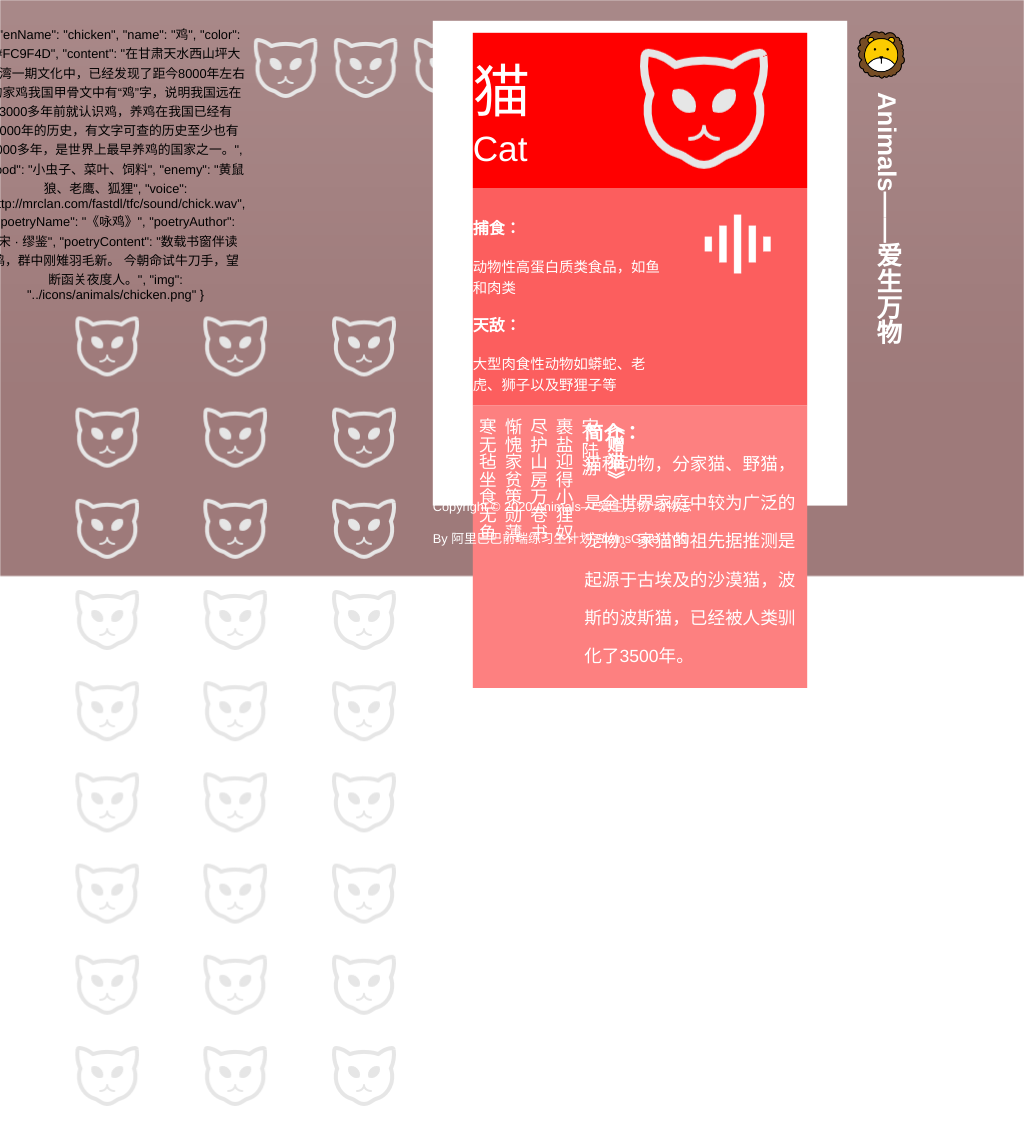
Repository: Whiskeyi/Animals
Page: /
These files come from the project's save history. The page is drawn as it stood at one moment and after the next save; the edit follows.
The browser window is 1280 px wide. The pictures show the whole page, at 80% of full size.
The project was rebuilt for these pictures with package versions that can differ from the ones it lists, and the page was loaded fresh each time.

Above is the page before, as saved 2021-11-16 17:58:53.

### public/index.html
<!DOCTYPE html>
<html lang="en">
  <head>
    <meta charset="utf-8">
    <meta http-equiv="X-UA-Compatible" content="IE=edge">
    <meta name="viewport" content="width=device-width,initial-scale=1.0">
    <link rel="icon" href="<%= BASE_URL %>favicon.ico">
    <title>Animals</title>
  </head>
  <body>
    <noscript>
      <strong>We're sorry but animals doesn't work properly without JavaScript enabled. Please enable it to continue.</strong>
    </noscript>
    <div id="app"></div>
    <!-- built files will be auto injected -->
  </body>
</html>

### src/main.js
import Vue from 'vue'
import App from './App.vue'
import router from './router'
import store from './store'
import './plugins/element.js' // 引入element-ui

Vue.config.productionTip = false

new Vue({
  router,
  store,
  render: h => h(App)
}).$mount('#app')

### src/App.vue
<template>
  <div id="app">
    <!-- 入口 -->
    <router-view/>
  </div>
</template>

<style lang="scss">
#app {
  font-family: 'Avenir', Helvetica, Arial, sans-serif;
  -webkit-font-smoothing: antialiased;
  -moz-osx-font-smoothing: grayscale;
}

html, body {  // 去除白边
    width: 100%;
    height: 100%;
    margin: 0;
    padding: 0;
    position: relative;
}

</style>

### src/router.js
// 路由
import Vue from 'vue'
import Router from 'vue-router'
import Home from './views/Home.vue'

Vue.use(Router)

export default new Router({
  mode: 'history',
  base: process.env.BASE_URL,
  routes: [
    {
      path: '/',
      name: 'home',
      component: Home
    }
  ]
})

### src/plugins/element.js
// 引入element-ui
import Vue from 'vue'

import ElementUI from 'element-ui';
import 'element-ui/lib/theme-chalk/index.css';

Vue.use(ElementUI);

### src/views/Home.vue
<template>
  <div class="home">
    <!-- 背景+光泽效果 -->
    <div class="bg">
      <Gloss></Gloss>
    </div>
    <!-- 页面容器 -->
    <div class="container">
      <!-- 左侧展示模块 -->
      <div id="leftContainer">
        <LeftMain></LeftMain>
      </div>
      <!-- 右侧展示模块 -->
      <div id="rightContainer">
        <!-- 输出信息 -->
          <Info></Info>
          <!-- 右侧标题 -->
          <RightHead></RightHead>
          <!-- 尾部 -->
          <Footer></Footer>
      </div>
    </div>
  </div>
</template>

<script>
// @ is an alias to /src
// 组件引入
import Gloss from '@/components/Gloss'
import Footer from '@/components/Footer'
import Info from '@/components/Info'
import RightHead from '@/components/right-head'
import LeftMain from '@/components/left-main'

export default {
  name: 'home',
  components: {
    Gloss,Footer,Info,RightHead,LeftMain
  }
}
</script>

<style lang="scss" scoped>
.home {
  // 滚动条样式修改（待定）
}
.bg {
  height: 100%;
  width: 100%;
  background-color:rgb(158, 122, 122);
  position: fixed;
  transition: background-color 2s ease-in; // 背景颜色2S过渡
  filter: blur(0.5px); // 背景高斯模糊
  // z-index: -9; //暂时注释,影响调试
}
#leftContainer {
  position: absolute;
  left: 10%;
  width: 30%;
  height: 100%;
  margin: 0 auto;
}
#rightContainer {
  position: fixed;
  right: 10%;
  width: 50%;
  height: 100%;
  margin: 0 auto;
}
@media screen and (max-width: 1440px) { // 屏幕小于1440px样式
  #leftContainer {
  position: absolute;
  left: 5%;
  width: 36%;
  height: 100%;
  margin: 0 auto;
}
#rightContainer {
  position: fixed;
  right: 5%;
  width: 54%;
  height: 100%;
  margin: 0 auto;
}
}
</style>

### src/components/Gloss/index.vue
<template>
<!-- 实现光泽效果,丰富背景颜色 -->
<div id="gloss"></div>
</template>

<script>
export default {

}
</script>

<style lang="scss" scoped>
#gloss {
    position: fixed;
    width: 100%;
    height: 478px;
    background: url('../../assets/gloss.png') repeat-x;
    // z-index: -8;  //暂时注释,影响调试
}
</style>

### src/components/Footer/index.vue
<template>
  <div class="footerContainer">
      <p>Copyright © 2020 Animals—“爱生万物”动物志</p>
      <p>By 阿里巴巴前端练习生计划 SteinsGate 小组</p>
  </div>
</template>

<script>
export default {

}
</script>

<style lang="scss" scoped>
.footerContainer {
    position: fixed;
    bottom: 0;
    font-size: 1rem;
    color:#fff;
    margin:0 0 20px 16px;
}
</style>

### src/components/Info/index.vue
<template>
  <div class="infoContainer">
    <div class="infPadding">
      <!-- 简介、图标 -->
    <Introduce></Introduce>
    <!-- 捕食、声音icon -->
    <HabbitVoice></HabbitVoice>
    <!-- 底部介绍 -->
    <IntroduceBottom></IntroduceBottom>
    </div>
  </div>
</template>

<script>
import Introduce from './Introduce'
import HabbitVoice from './habbit-voice'
import IntroduceBottom from './introduce-bottom'
export default {
  name: 'Info',
  components: {
    Introduce, HabbitVoice, IntroduceBottom
  }
}
</script>

<style lang="scss" scoped>
.infoContainer {
    float: left;
    z-index: 10000;
    width: 82%;
    height: 80%;
    margin: 26px 0 0 16px;
    padding: 15px 0px;
    background-color: #fff;
    color:#fff;
}
.infPadding {
  padding: 0 50px;
}
.infoContainer logo {
    position: absolute;
}
@media screen and (max-width: 1440px) { // 屏幕小于1440px样式
  .infoContainer {
    float: left;
    z-index: 10000;
    width: 75%;
    height: 80%;
    margin: 26px 0 0 16px;
    background-color: #fff;
}
}
</style>

### src/components/right-head/index.vue
<template>
  <div class="rightHeadContainer">
      <el-image class="logo" alt="logo" :src="require('@/icons/index.png')"></el-image>
      <h1 class="vertical">Animals——爱生万物</h1>
  </div>
</template>

<script>
export default {

}
</script>

<style lang="scss" scoped>
.rightHeadContainer {
    float: left;
    height: 400px;
    width: 100px;
    margin: 26px 0 0 16px;
}
.vertical {
    writing-mode: vertical-lr;
    padding-left: 5px;
    color: #fff;
}
@media screen and (max-width: 1440px) { // 屏幕小于1440px样式
    .rightHeadContainer {
        float: left;
        height: 400px;
        width:85px;
        margin: 26px 0 0 0;
    }
    .vertical {
        writing-mode: vertical-lr;
        padding-right: 0;
        color: #fff;
    }
}
</style>

### src/components/left-main/index.vue
<template>
  <div class="leftContainer">
    <el-row :gutter="20" type="flex" justify="center" v-model="data">
      {{data.AnimalsDetail[0]}}
      <el-col :span="8">
        <el-image class="logo" alt="logo" :src="require('@/icons//animals/cat.png')"></el-image>
      </el-col>
      <el-col :span="8">
        <el-image class="logo" alt="logo" :src="require('@/icons//animals/cat.png')"></el-image>
      </el-col>
      <el-col :span="8">
        <el-image class="logo" alt="logo" :src="require('@/icons//animals/cat.png')"></el-image>
      </el-col>
    </el-row>
    <el-row :gutter="20" type="flex" justify="center">
      <el-col :span="8">
        <el-image class="logo" alt="logo" :src="require('@/icons//animals/cat.png')"></el-image>
      </el-col>
      <el-col :span="8">
        <el-image class="logo" alt="logo" :src="require('@/icons//animals/cat.png')"></el-image>
      </el-col>
      <el-col :span="8">
        <el-image class="logo" alt="logo" :src="require('@/icons//animals/cat.png')"></el-image>
      </el-col>
    </el-row>
    <el-row :gutter="20" type="flex" justify="center">
      <el-col :span="8">
        <el-image class="logo" alt="logo" :src="require('@/icons//animals/cat.png')"></el-image>
      </el-col>
      <el-col :span="8">
        <el-image class="logo" alt="logo" :src="require('@/icons//animals/cat.png')"></el-image>
      </el-col>
      <el-col :span="8">
        <el-image class="logo" alt="logo" :src="require('@/icons//animals/cat.png')"></el-image>
      </el-col>
    </el-row>
    <el-row :gutter="20" type="flex" justify="center">
      <el-col :span="8">
        <el-image class="logo" alt="logo" :src="require('@/icons//animals/cat.png')"></el-image>
      </el-col>
      <el-col :span="8">
        <el-image class="logo" alt="logo" :src="require('@/icons//animals/cat.png')"></el-image>
      </el-col>
      <el-col :span="8">
        <el-image class="logo" alt="logo" :src="require('@/icons//animals/cat.png')"></el-image>
      </el-col>
    </el-row>
    <el-row :gutter="20" type="flex" justify="center">
      <el-col :span="8">
        <el-image class="logo" alt="logo" :src="require('@/icons//animals/cat.png')"></el-image>
      </el-col>
      <el-col :span="8">
        <el-image class="logo" alt="logo" :src="require('@/icons//animals/cat.png')"></el-image>
      </el-col>
      <el-col :span="8">
        <el-image class="logo" alt="logo" :src="require('@/icons//animals/cat.png')"></el-image>
      </el-col>
    </el-row>
    <el-row :gutter="20" type="flex" justify="center">
      <el-col :span="8">
        <el-image class="logo" alt="logo" :src="require('@/icons//animals/cat.png')"></el-image>
      </el-col>
      <el-col :span="8">
        <el-image class="logo" alt="logo" :src="require('@/icons//animals/cat.png')"></el-image>
      </el-col>
      <el-col :span="8">
        <el-image class="logo" alt="logo" :src="require('@/icons//animals/cat.png')"></el-image>
      </el-col>
    </el-row>
    <el-row :gutter="20" type="flex" justify="center">
      <el-col :span="8">
        <el-image class="logo" alt="logo" :src="require('@/icons//animals/cat.png')"></el-image>
      </el-col>
      <el-col :span="8">
        <el-image class="logo" alt="logo" :src="require('@/icons//animals/cat.png')"></el-image>
      </el-col>
      <el-col :span="8">
        <el-image class="logo" alt="logo" :src="require('@/icons//animals/cat.png')"></el-image>
      </el-col>
    </el-row>
    <el-row :gutter="20" type="flex" justify="center">
      <el-col :span="8">
        <el-image class="logo" alt="logo" :src="require('@/icons//animals/cat.png')"></el-image>
      </el-col>
      <el-col :span="8">
        <el-image class="logo" alt="logo" :src="require('@/icons//animals/cat.png')"></el-image>
      </el-col>
      <el-col :span="8">
        <el-image class="logo" alt="logo" :src="require('@/icons//animals/cat.png')"></el-image>
      </el-col>
    </el-row>
    <el-row :gutter="20" type="flex" justify="center">
      <el-col :span="8">
        <el-image class="logo" alt="logo" :src="require('@/icons//animals/cat.png')"></el-image>
      </el-col>
      <el-col :span="8">
        <el-image class="logo" alt="logo" :src="require('@/icons//animals/cat.png')"></el-image>
      </el-col>
      <el-col :span="8">
        <el-image class="logo" alt="logo" :src="require('@/icons//animals/cat.png')"></el-image>
      </el-col>
    </el-row>
    <el-row :gutter="20" type="flex" justify="center">
      <el-col :span="8">
        <el-image class="logo" alt="logo" :src="require('@/icons//animals/cat.png')"></el-image>
      </el-col>
      <el-col :span="8">
        <el-image class="logo" alt="logo" :src="require('@/icons//animals/cat.png')"></el-image>
      </el-col>
      <el-col :span="8">
        <el-image class="logo" alt="logo" :src="require('@/icons//animals/cat.png')"></el-image>
      </el-col>
    </el-row>
  </div>
</template>

<script>
import data from '@/data/Animals.json'
export default {
  data() {
    return {
      data
    }
  },
  created() {
  }
}
</script>

<style lang="scss" scoped>
.leftContainer {
  padding: 30px 0;
  width: 100%;
  text-align: center;
}
.leftContainer .logo {
  width: 110px;
  height: 110px;
  padding: 20px 0;
}
 @media screen and (max-width: 1440px) { // 屏幕小于1440px样式
  .leftContainer .logo {
    height: 80px;
    width: 80px;
    padding: 15px 0;
  }
 }
</style>

### src/components/Info/Introduce/index.vue
<template>
  <div class="introduce">
      <el-row class="intContainer">
          <el-col :span="12">
              <div class="title">猫</div>
              <div class="subTitle">Cat</div>
          </el-col>
          <el-col :span="12">
            <el-image class="logo" alt="logo" :src="require('@/icons/animals/cat.png')"></el-image>
          </el-col>
      </el-row>
  </div>
</template>

<script>
export default {

}
</script>

<style lang="scss" scoped>
.introduce {
    background-color: red;
    height: 30%;
    width: 100%;
}
.intContainer {
    padding: 15px 0;
}
.logo {
    height: 160px;
    width: 160px;
}
.title {
    font-size: 72px;
}
.subTitle {
    font-size: 44px;
}
</style>

### src/components/Info/habbit-voice/index.vue
<template>
  <div class="habVoice">
       <el-row class="habContainer">
          <el-col class="habContent" :span="14">
              <p class="foodTitle">捕食：</p>
              <div class="food">动物性高蛋白质类食品，如鱼和肉类</div>
              <p class="enemyTitle">天敌：</p>
              <div class="enemy">大型肉食性动物如蟒蛇、老虎、狮子以及野狸子等</div>
          </el-col>
          <el-col :span="10">
            <el-image class="logo" alt="logo" :src="require('@/icons/voice.png')"></el-image>
          </el-col>
      </el-row>
  </div>
</template>

<script>
export default {

}
</script>

<style lang="scss" scoped>
.habVoice {
    background-color: rgb(252, 94, 94);
    height: 30%;
    text-align: center;
}
.habContainer {
    padding: 15px 0;
}
.habContent p {
    font-size: 20px;
    font-weight: bold;
    text-align: left;
}
.habContent div {
    font-size: 18px;
    text-align: left;
}
.logo {
    height: 110px;
    width: 110px;
}
</style>

### src/components/Info/introduce-bottom/index.vue
<template>
    <div class="fooBottom">
        <el-row class="botContainer">
            <el-col class="poem" :span="8">
                <div class="content">寒无毡坐食无鱼</div>
                <div class="content">惭愧家贫策勋薄</div>
                <div class="content">尽护山房万卷书</div>
                <div class="content">裹盐迎得小狸奴</div>
                <div class="author">宋·陆游</div>
                <div class="poemTitle">《赠猫》</div>
                <!-- <p class="foodTitle">捕食：</p>
                <div class="food">动物性高蛋白质类食品，如鱼和肉类</div>
                <p class="enemyTitle">天敌：</p>
                <div class="enemy">大型肉食性动物如蟒蛇、老虎、狮子以及野狸子等</div> -->
            </el-col>
            <el-col :span="16">
                <div class="IntTitle">简介：</div>
                <div class="IntContent">猫科动物，分家猫、野猫，是全世界家庭中较为广泛的宠物。家猫的祖先据推测是起源于古埃及的沙漠猫，波斯的波斯猫，已经被人类驯化了3500年。</div>
            </el-col>
        </el-row>
    </div>
</template>

<script>
export default {

}
</script>

<style lang="scss" scoped>
.fooBottom {
    background-color: rgb(253, 128, 128);
    height: 50%;
    width: 100%;
}
.botContainer {
    padding: 15px 0;
}
.poem {
    writing-mode: vertical-lr;
    font-size: 22px;
    .poemTitle {
        font-weight: bold;
    }
}
.IntTitle {
    font-size: 24px;
    font-weight: bold;
}
.IntContent {
    font-size: 22px;
    line-height: 48px;
}
</style>

Loaded but not shown: src/store.js (common file); src/data/Animals.json (341 lines, source omitted)

After the next save:
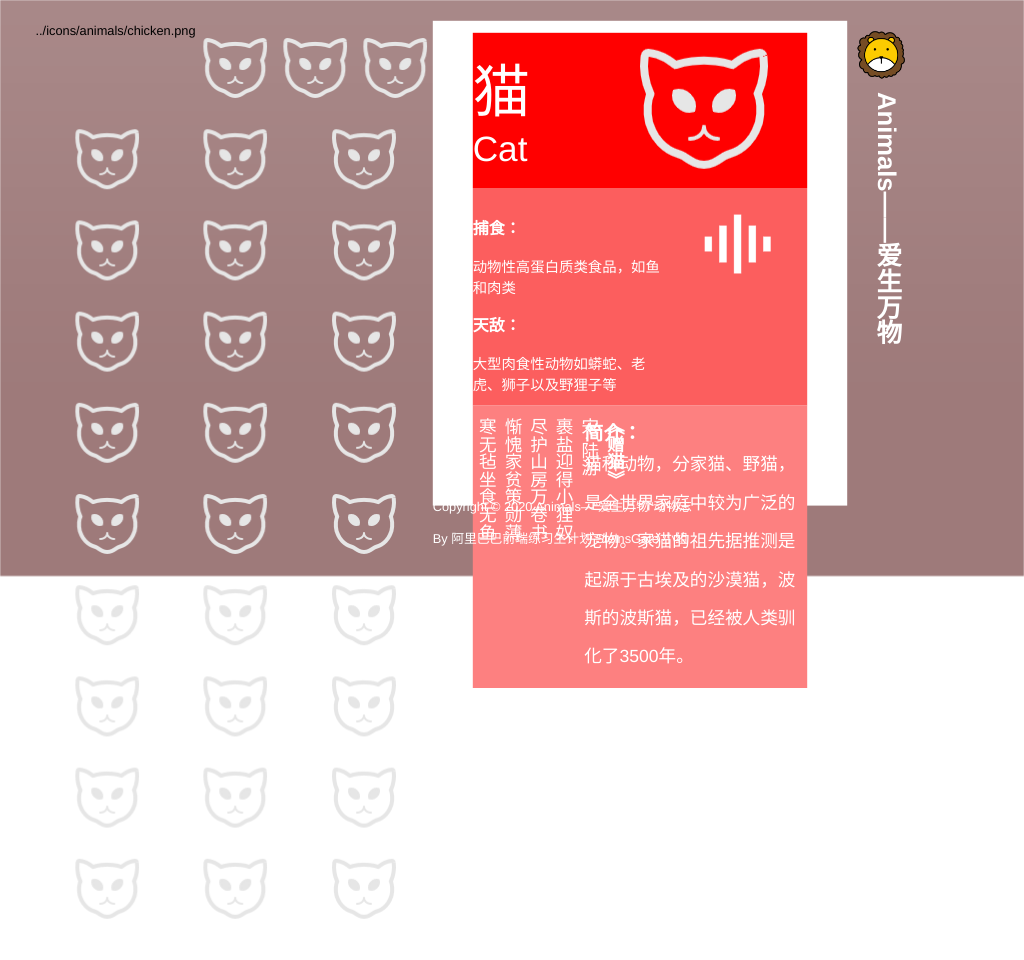
Saved 7 s later.
--- a/src/components/left-main/index.vue
+++ b/src/components/left-main/index.vue
@@ -1,7 +1,7 @@
 <template>
   <div class="leftContainer">
     <el-row :gutter="20" type="flex" justify="center" v-model="data">
-      {{data.AnimalsDetail[0]}}
+      {{data.AnimalsDetail[0].img}}
       <el-col :span="8">
         <el-image class="logo" alt="logo" :src="require('@/icons//animals/cat.png')"></el-image>
       </el-col>
